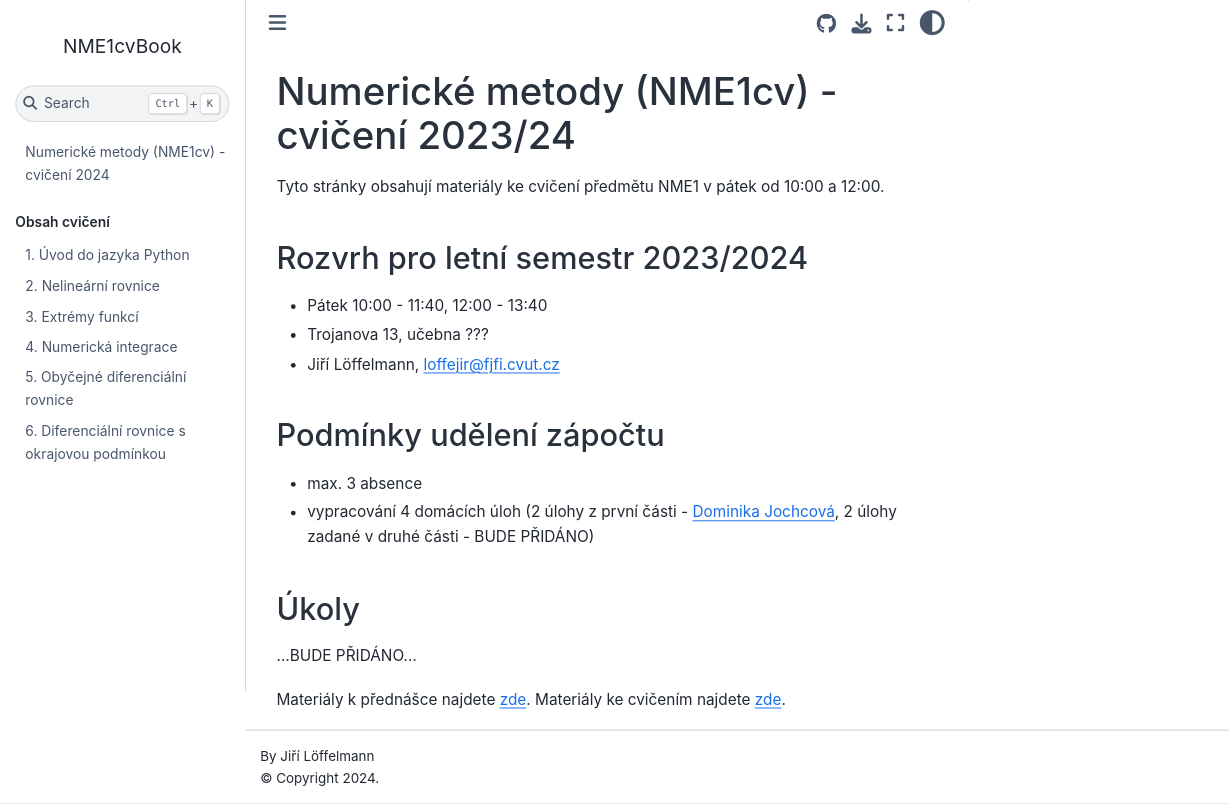
Repository: loepa01/NME1cvBook
Page: intro.html
An editor plug-in stored every save of this project. The page is shown before and after the next save, followed by the edit.
The browser window is 1280 px wide. The pictures show the whole page, at 96% of full size.

Above is the page before, as saved 2024-04-08 16:49:19.
Console error: SyntaxError: Identifier 'THEBE_JS_URL' has already been declared

After the next save:
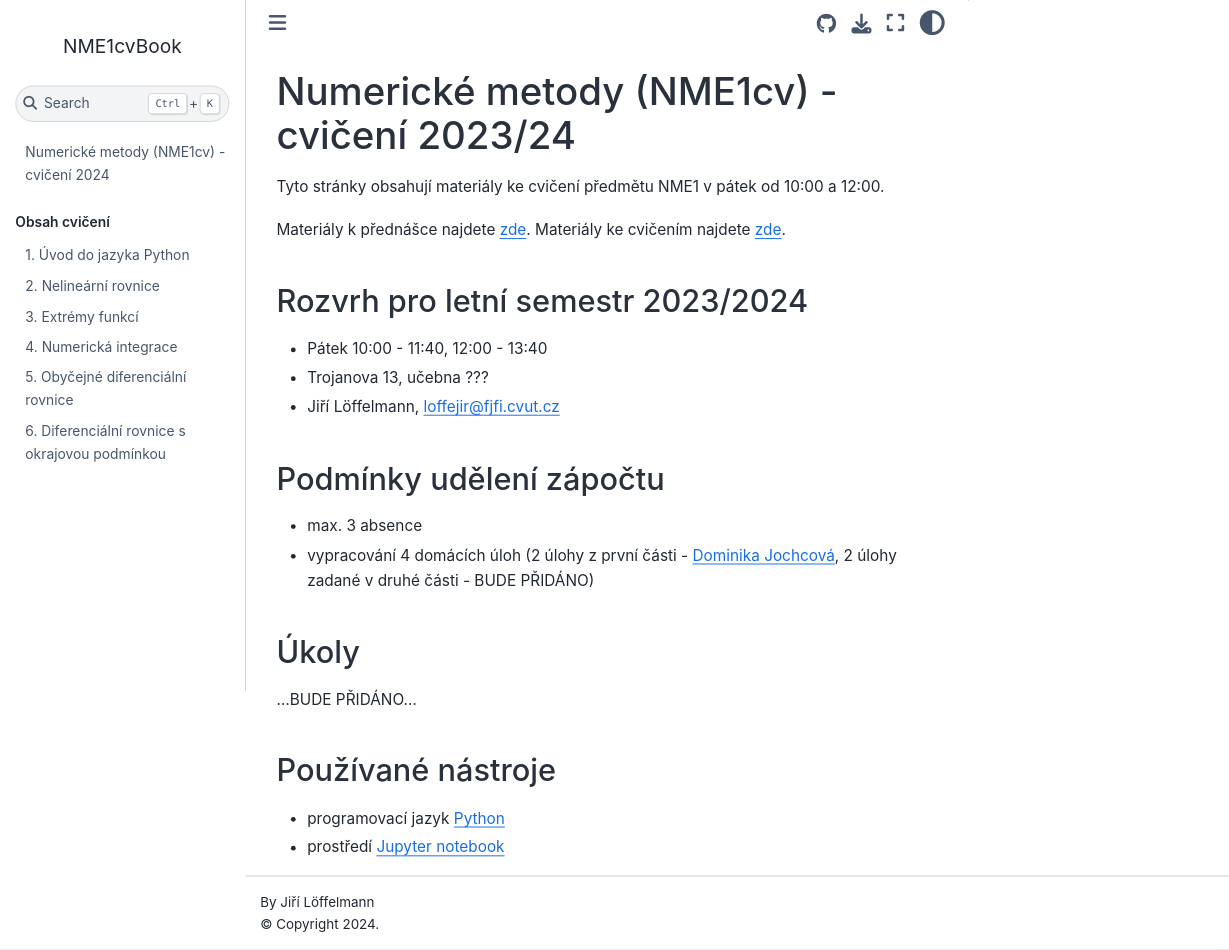
Saved 3 min 19 s later.
--- a/intro.html
+++ b/intro.html
@@ -57,7 +57,7 @@
     <script async="async" src="../_static/sphinx-thebe.js?v=c100c467"></script>
     <script>var togglebuttonSelector = '.toggle, .admonition.dropdown';</script>
     <script>const THEBE_JS_URL = "https://unpkg.com/thebe@0.8.2/lib/index.js"; const thebe_selector = ".thebe,.cell"; const thebe_selector_input = "pre"; const thebe_selector_output = ".output, .cell_output"</script>
-    <script>DOCUMENTATION_OPTIONS.pagename = '.history/intro_20240408164919';</script>
+    <script>DOCUMENTATION_OPTIONS.pagename = '.history/intro_20240408165238';</script>
     <link rel="icon" href="../_static/cphys.png"/>
     <link rel="index" title="Index" href="../genindex.html" />
     <link rel="search" title="Search" href="../search.html" />
@@ -250,7 +250,7 @@
 
 
 
-      <li><a href="https://github.com/loepa01/NME1cvBook/issues/new?title=Issue%20on%20page%20%2F.history/intro_20240408164919.html&body=Your%20issue%20content%20here." target="_blank"
+      <li><a href="https://github.com/loepa01/NME1cvBook/issues/new?title=Issue%20on%20page%20%2F.history/intro_20240408165238.html&body=Your%20issue%20content%20here." target="_blank"
    class="btn btn-sm btn-source-issues-button dropdown-item"
    title="Open an issue"
    data-bs-placement="left" data-bs-toggle="tooltip"
@@ -280,7 +280,7 @@
 
 
 
-      <li><a href="../_sources/.history/intro_20240408164919.md" target="_blank"
+      <li><a href="../_sources/.history/intro_20240408165238.md" target="_blank"
    class="btn btn-sm btn-download-source-button dropdown-item"
    title="Download source file"
    data-bs-placement="left" data-bs-toggle="tooltip"
@@ -377,6 +377,7 @@ document.write(`
 <li class="toc-h2 nav-item toc-entry"><a class="reference internal nav-link" href="#rozvrh-pro-letni-semestr-2023-2024">Rozvrh pro letní semestr 2023/2024</a></li>
 <li class="toc-h2 nav-item toc-entry"><a class="reference internal nav-link" href="#podminky-udeleni-zapoctu">Podmínky udělení zápočtu</a></li>
 <li class="toc-h2 nav-item toc-entry"><a class="reference internal nav-link" href="#ukoly">Úkoly</a></li>
+<li class="toc-h2 nav-item toc-entry"><a class="reference internal nav-link" href="#pouzivane-nastroje">Používané nástroje</a></li>
 </ul>
             </nav>
         </div>
@@ -391,6 +392,8 @@ document.write(`
   <section class="tex2jax_ignore mathjax_ignore" id="numericke-metody-nme1cv-cviceni-2023-24">
 <h1>Numerické metody (NME1cv) - cvičení 2023/24<a class="headerlink" href="#numericke-metody-nme1cv-cviceni-2023-24" title="Link to this heading">#</a></h1>
 <p>Tyto stránky obsahují materiály ke cvičení předmětu NME1 v pátek od 10:00 a 12:00.</p>
+<p>Materiály k přednášce najdete <a class="reference external" href="http://kfe.fjfi.cvut.cz/~vachal/edu/nme/">zde</a>.
+Materiály ke cvičením najdete <a class="reference external" href="http://kfe.fjfi.cvut.cz/~vachal/edu/nme/cviceni/">zde</a>.</p>
 <section id="rozvrh-pro-letni-semestr-2023-2024">
 <h2>Rozvrh pro letní semestr 2023/2024<a class="headerlink" href="#rozvrh-pro-letni-semestr-2023-2024" title="Link to this heading">#</a></h2>
 <ul class="simple">
@@ -409,8 +412,13 @@ document.write(`
 <section id="ukoly">
 <h2>Úkoly<a class="headerlink" href="#ukoly" title="Link to this heading">#</a></h2>
 <p>…BUDE PŘIDÁNO…</p>
-<p>Materiály k přednášce najdete <a class="reference external" href="http://kfe.fjfi.cvut.cz/~vachal/edu/nme/">zde</a>.
-Materiály ke cvičením najdete <a class="reference external" href="http://kfe.fjfi.cvut.cz/~vachal/edu/nme/cviceni/">zde</a>.</p>
+</section>
+<section id="pouzivane-nastroje">
+<h2>Používané nástroje<a class="headerlink" href="#pouzivane-nastroje" title="Link to this heading">#</a></h2>
+<ul class="simple">
+<li><p>programovací jazyk <a class="reference external" href="https://www.python.org/">Python</a></p></li>
+<li><p>prostředí <a class="reference external" href="https://jupyter.org/">Jupyter notebook</a></p></li>
+</ul>
 </section>
 </section>
 
@@ -463,6 +471,7 @@ Materiály ke cvičením najdete <a class="reference external" href="http://kfe.
 <li class="toc-h2 nav-item toc-entry"><a class="reference internal nav-link" href="#rozvrh-pro-letni-semestr-2023-2024">Rozvrh pro letní semestr 2023/2024</a></li>
 <li class="toc-h2 nav-item toc-entry"><a class="reference internal nav-link" href="#podminky-udeleni-zapoctu">Podmínky udělení zápočtu</a></li>
 <li class="toc-h2 nav-item toc-entry"><a class="reference internal nav-link" href="#ukoly">Úkoly</a></li>
+<li class="toc-h2 nav-item toc-entry"><a class="reference internal nav-link" href="#pouzivane-nastroje">Používané nástroje</a></li>
 </ul>
   </nav></div>
 
